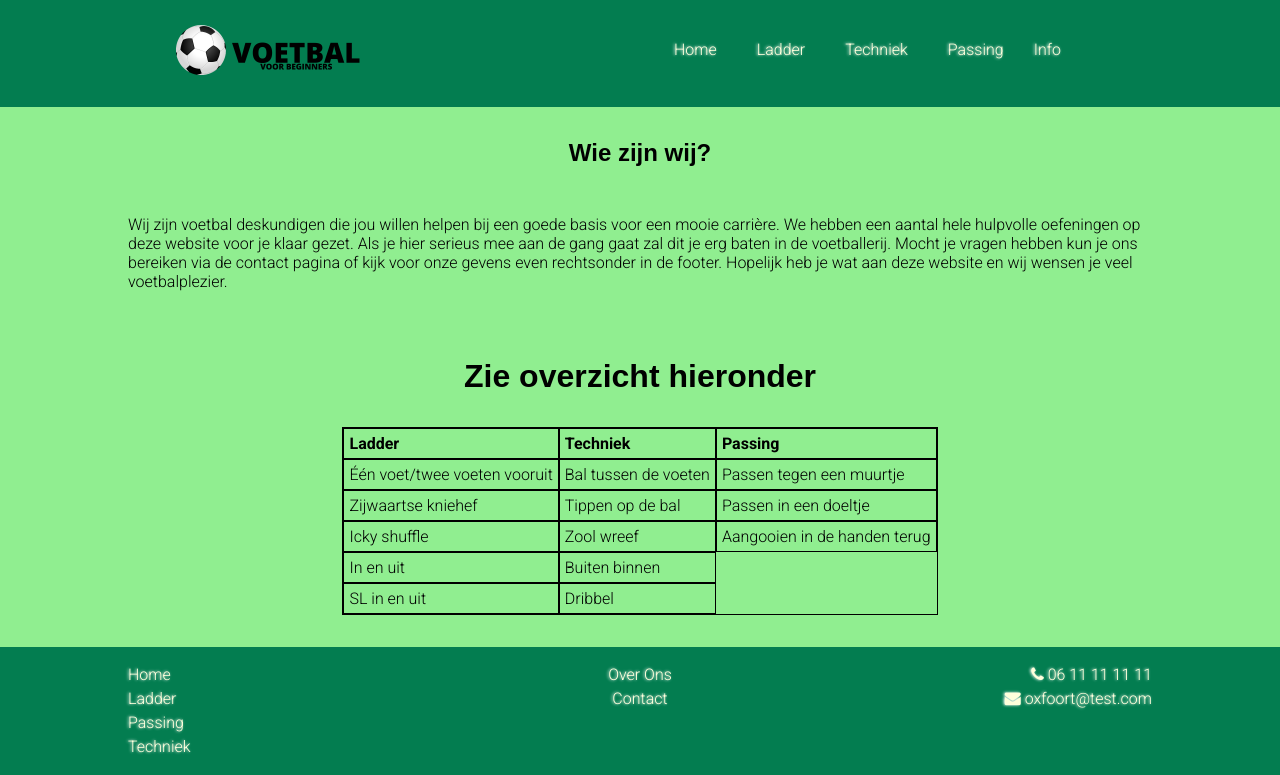
Repository: KelvinOxfoort/Start
Page: overons.html
The author's editor kept a record of every edit. The page is drawn from the files as they stood at one moment, then again after the next edit.
The browser window is 1280 px wide. The pictures show the whole page.
Some web fonts or font styles are not loaded; a fallback is used.

Above is the page before.

After the next edit:
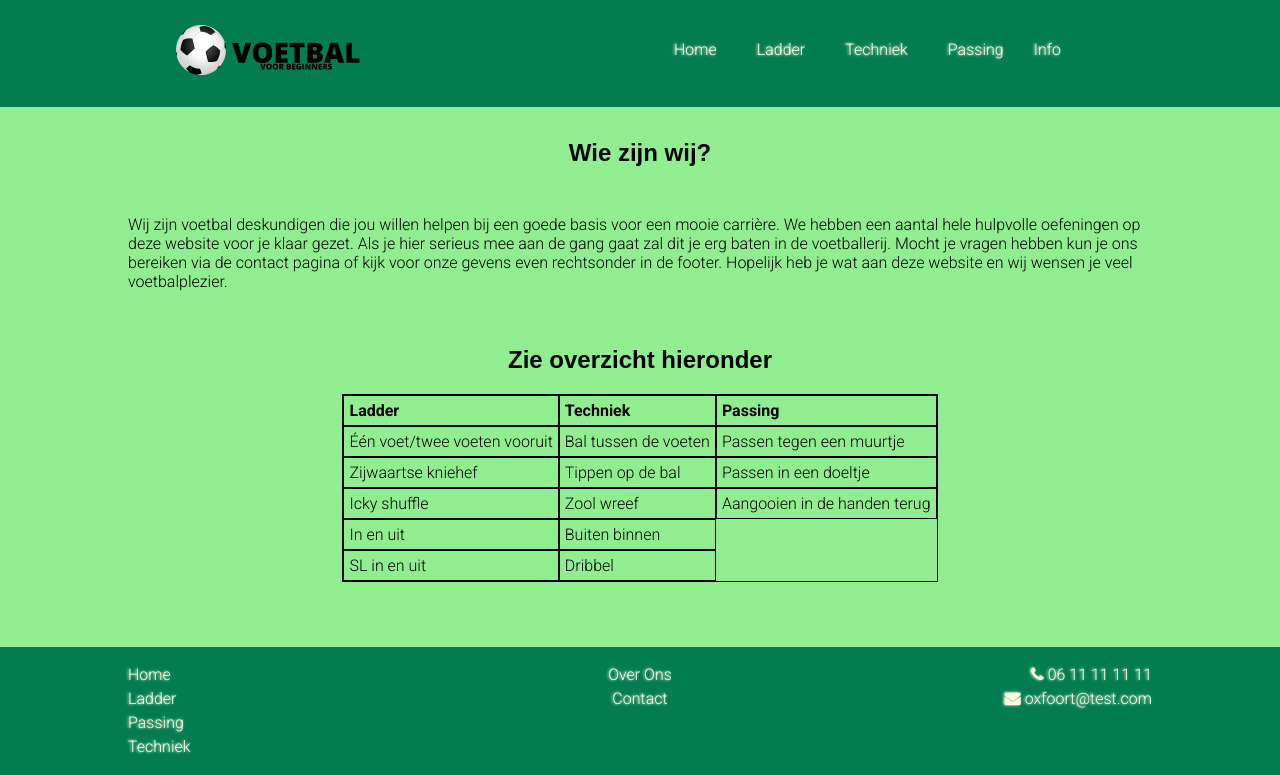
The edit:
--- a/overons.html
+++ b/overons.html
@@ -39,7 +39,7 @@
             en wij wensen je veel voetbalplezier.</p>
         </section>
         <br>
-        <h1 class="overzicht">Zie overzicht hieronder</h1>
+        <h2 class="overzicht">Zie overzicht hieronder</h2>
         <table>
             <tr>
                 <th>Ladder</th>
